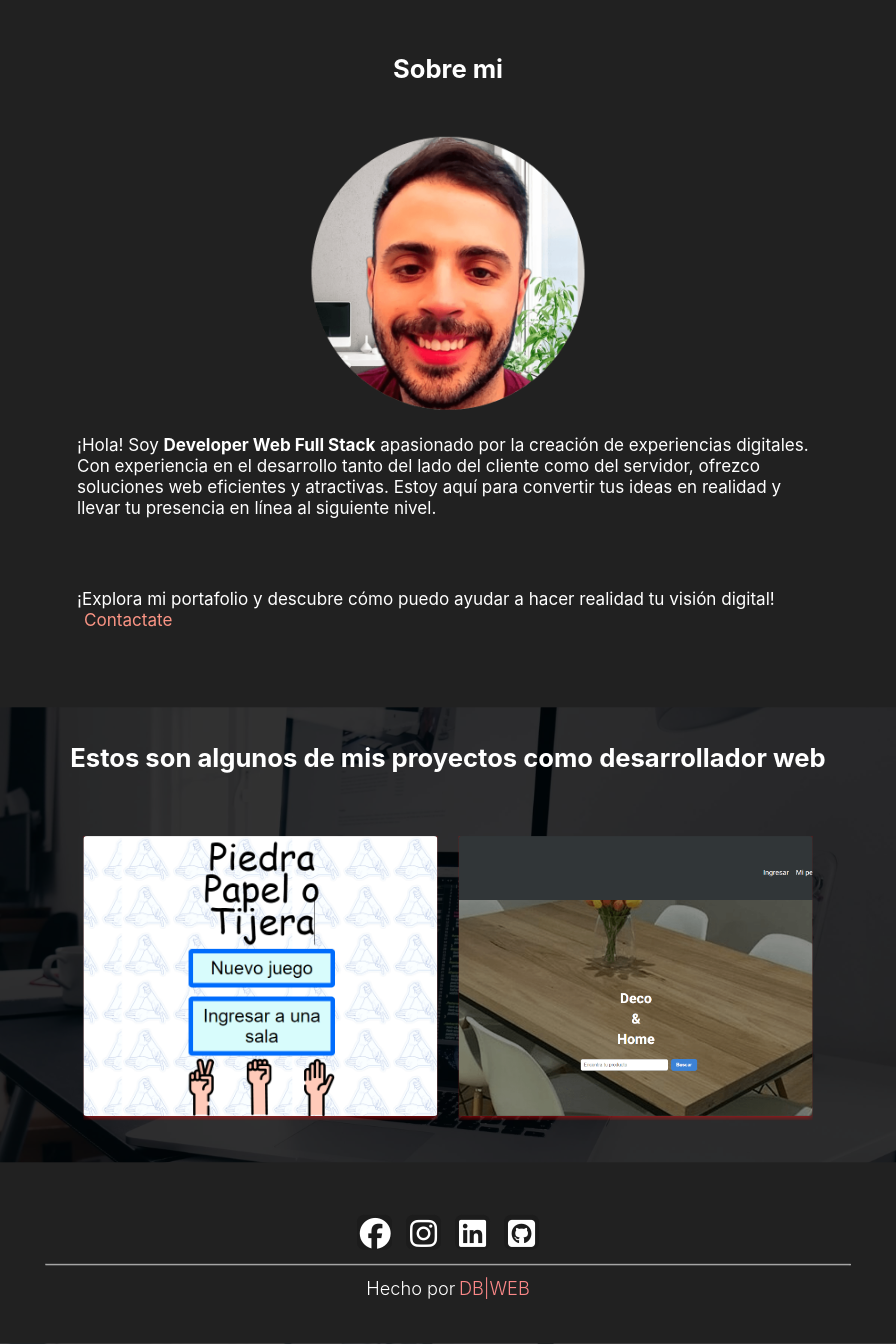
Repository: DamianBermudez94/DB-Porfolio
Page: /
These files come from the project's save history. The page is drawn as it stood at one moment and after the next save; the edit follows.
The browser window is 1280 px wide. The pictures show the part of the page from y = 778 to 2698 px (the page is 2698 px tall before and 2648 px after), at 70% of full size.
Backgrounds fixed to the window are drawn as part of the page. Some web libraries are served in a nearby version. The project was rebuilt for these pictures with package versions that can differ from the ones it lists, and the page was loaded fresh each time. Also part of the build but not shown: vite.config.js, src/components/Servicios/styles.css, src/components/Servicios/Service.jsx, src/pages/Servicios.jsx, src/components/Conocimientos/Conocimientos.jsx, src/pages/AcerdaDe.jsx, src/components/Contacto/Contact.jsx, src/pages/contacto.jsx and 2 more.

Above is the page before, as saved 2024-03-11 19:02:16.

### index.html
<!DOCTYPE html>
<html lang="en">
  <head>
    <meta charset="utf-8" />
    <link rel="icon" href="./public/image/IconoDB.png" />
    <link rel="apple-touch-icon" href="./public/image/IconoDB.png" />
    <meta name="viewport" content="width=device-width, initial-scale=1" />
    <link rel="manifest" href="./src/manifiesto.json">
    <meta name="theme-color" content="#000000" />
    <!--Estilos-->
    <script
      src="https://kit.fontawesome.com/bdbed0aafa.js"
      crossorigin="anonymous"
    ></script>
    <link rel="preconnect" href="https://fonts.gstatic.com" />
    <link rel="preconnect" href="https://fonts.gstatic.com" />
    <link rel="preconnect" href="https://fonts.gstatic.com" />
    <link rel="preconnect" href="https://fonts.gstatic.com" />
    <link
      href="https://fonts.googleapis.com/css2?family=Raleway:wght@200;300&family=Roboto:wght@100;300&display=swap"
      rel="stylesheet"
    />
    <meta name="author" content="Damián Bermúdez" />
    <meta name="description" content="Porfolio web - Damián Bermúdez" />

    <title>Damián Bermúdez - Developer</title>
  </head>
  <body>
    <div id="root"></div>
    <script type="module" src="/src/main.jsx"></script>
  </body>
</html>

### src/main.jsx
import ReactDOM from "react-dom/client";
import "./index.css";
import App from "./App";
import Modal from 'react-modal';
Modal.setAppElement('#root');
const root = ReactDOM.createRoot(document.getElementById("root"));
root.render(<App />);

### src/index.css
* {
  margin: 0;
  padding: 0;
  box-sizing: border-box;
}
body {
  font-family: -apple-system, BlinkMacSystemFont, "Segoe UI", "Roboto", "Oxygen",
    "Ubuntu", "Cantarell", "Fira Sans", "Droid Sans", "Helvetica Neue",
    sans-serif;
  -webkit-font-smoothing: antialiased;
  -moz-osx-font-smoothing: grayscale;
}

### src/App.jsx
import "./App.css";
import { MisRutas } from "./routers/MisRutas";

function App() {
  return (
    <div className="layout">
      <MisRutas />
    </div>
  );
}

export default App;

### src/App.css
.layout {
  margin: 0 auto;
  background-color: #282c34;
  font-size: calc(10px + 2vmin);
  color: white;
  background-image: url("/public/image/banner-parallax.jpg");
  background-size: cover;
  background-position: center;
  background-attachment: fixed;
}
.layout .container-rutas {
  background-color: rgba(0, 0, 0, 0.8);
  width: 100%;
  height: 100%;
  padding-top: 145px;
}

### src/routers/MisRutas.jsx
import { BrowserRouter, Routes, Route } from "react-router-dom";

import { Inicio } from "../pages/Inicio";
import { Servicios } from "../pages/Servicios";
import { AcerdaDe } from "../pages/AcerdaDe";
import { Contacto } from "../pages/contacto";
import { Proyectos } from "../pages/Proyecto";
import { Error } from "../components/Error";
import { NavHeader } from "../components/header/NavHeader";
import { Footer } from "../components/Footer/Footer";

export const MisRutas = () => {
  return (
    <div className="container-rutas">
      <BrowserRouter>
        {/*Header y navegacion*/}
        <NavHeader />
        {/*Contenido general*/}

        <Routes>
          <Route path="/" element={<Inicio />} />
          <Route path="/inicio" element={<Inicio />} />
          <Route path="/servicios" element={<Servicios />} />
          <Route path="/conocimientos" element={<AcerdaDe />} />
          <Route path="/contacto" element={<Contacto />} />
          <Route path="/proyecto" element={<Proyectos />} />
          <Route path="*" element={<Error />} />
        </Routes>

        {/* Footer*/}
        <Footer />
      </BrowserRouter>
    </div>
  );
};

### src/pages/Inicio.jsx

import { Home } from "../components/Home/Home";
export const Inicio = () => {
  return (
  <div><Home/> </div>
  );
};

### src/components/header/NavHeader.jsx
import { useState, useEffect } from "react";
import { NavLink } from "react-router-dom";
import "./NavHeader.css";
import BurguerButton from "./burgerButton";

export const NavHeader = () => {
  const [clicked, setClicked] = useState(false);
  const [scrolled, setScrolled] = useState(false);
  const handleClick = () => {
    //cuando esta true lo pasa a false y vice versa
    setClicked(!clicked);
  };
  useEffect(() => {
    const handleScroll = () => {
      if (window.scrollY > 50) {
        setScrolled(true);
      } else {
        setScrolled(false);
      }
    };

    window.addEventListener("scroll", handleScroll);

    // Limpiar el event listener en el desmontaje del componente
    return () => {
      window.removeEventListener("scroll", handleScroll);
    };
  }, []);

  return (
    <header className={`header ${scrolled ? "scrolled" : ""}`}>
      <div className="nav-content">
        <div className="logo">
          <NavLink to="/inicio">
            <img
              src={"/image/Logo-DB.png"}
              alt="Damian Bermudez desarrollador web"
            ></img>
          </NavLink>
        </div>

        <BurguerButton
          className="btn-menu"
          clicked={clicked}
          handleClick={handleClick}
        />
        <nav className={`links ${clicked ? "active" : ""}`}>
          <ul>
            <li>
              <NavLink
                to="/inicio"
                onClick={handleClick}
                className={({ isActive }) => (isActive ? "active" : "")}
              >
                Inicio
              </NavLink>
            </li>
            <li>
              <NavLink
                to="/proyecto"
                onClick={handleClick}
                className={({ isActive }) => (isActive ? "active" : "")}
              >
                proyectos
              </NavLink>
            </li>
            <li>
              <NavLink
                to="/servicios"
                onClick={handleClick}
                className={({ isActive }) => (isActive ? "active" : "")}
              >
                servicios
              </NavLink>
            </li>
            <li>
              <NavLink
                to="/conocimientos"
                onClick={handleClick}
                className={({ isActive }) => (isActive ? "active" : "")}
              >
                conocimientos
              </NavLink>
            </li>
            <li>
              <NavLink
                to="/contacto"
                onClick={handleClick}
                className={({ isActive }) => (isActive ? "active" : "")}
              >
                contacto
              </NavLink>
            </li>
          </ul>
        </nav>
      </div>
    </header>
  );
};

### src/components/Footer/Footer.jsx

import './Footer.css'
export const Footer = () => {
  return (
    <footer className="footer">
      <div className="contenedor-footer container">
          <div className="footer-redes__sociales">
              <a href="https://www.facebook.com" className="link-redes_sociales" ><i className="fab fa-facebook facebook"></i></a>
              <a href="https://www.instagram.com" className="link-redes_sociales" ><i className="fab fa-instagram instagran"></i></a>
              <a href="https://www.linkedin.com" className="link-redes_sociales" ><i className="fab fa-linkedin linkedin"></i></a>
              <a href="https:/www.github.com" className="link-redes_sociales" ><i className="fab fa-github-square github"></i></a>
          </div>
          <hr className='footer-linea' />
          <div className="footer-text">
              <p className="title-copy">Hecho por<a className="title-footer" href="https://damianbermudezdev.es/">DB|WEB</a></p>
          </div>
      </div>
    </footer>
  )
}

### src/components/Home/Home.jsx
import { NavLink } from "react-router-dom";
import { ListadoTrabajos } from "../Proyectos/ListaTrabajos";
import "./styles.css";
export const Home = () => {
  return (
    <section className="home">
      <div className="home-welcome">
        <div className="container-home">
          <h1 className="title-welcome" style={{ "--duration": "1s" }}>
            <span style={{ "--delay": " .5s" }}>Hola! Mi nombre es,</span>
            <span className="title-custom" style={{ "--delay": ".6s" }}>
              Damián Bermúdez.
            </span>
            <span className="parrafo-welcome" style={{ "--duration": "1s" }}>
              <span style={{ "--delay": " .7s" }}>
                Developer web full stack.
              </span>
            </span>
          </h1>

          <div className="container-redes_inicio">
            <NavLink
              to="https://www.linkedin.com/in/damian-bermudez-4a4a33204/"
              className="link-redes_sociales"
              target="_blank"
            >
              <i className="fab fa-linkedin linkedin"></i>
            </NavLink>
            <NavLink
              to="https://github.com/DamianBermudez94"
              className="link-redes_sociales"
              target="_blank"
            >
              <i className="fab fa-github-square github"></i>
            </NavLink>
            <a
              className="btn-cv"
              href="./cv-pdf/CVDamianBermudez2023_1_ (1).pdf"
              download="CV-damian-bermudez.pdf"
            >
              Descargar mi CV
            </a>
          </div>
        </div>
      </div>
      <section className="section-me">
        <h2>Sobre mi</h2>
        <div className="container-me" data-animation="diagonal">
          <img
            src={"/image/profile-damianbermudez.png"}
            alt="Damian Bermudez desarrollador web"
          ></img>
          <p>
            ¡Hola! Soy <strong>Developer Web Full Stack</strong> apasionado por
            la creación de experiencias digitales. Con experiencia en el
            desarrollo tanto del lado del cliente como del servidor, ofrezco
            soluciones web eficientes y atractivas. Estoy aquí para convertir
            tus ideas en realidad y llevar tu presencia en línea al siguiente
            nivel.
          </p>
        </div>
        <div className="container-inicio_contacto" data-animation="diagonal">
          <p className="parrafo-contacto">
            ¡Explora mi portafolio y descubre cómo puedo ayudar a hacer realidad
            tu visión digital!{" "}
            <NavLink className="enlace-contacto" to="/contacto">
              Contactate
              <span className="border border-top"></span>
              <span className="border border-right"></span>
              <span className="border border-bottom"></span>
              <span className="border border-left"></span>
            </NavLink>
          </p>
        </div>
      </section>
      <section className="content-proyectos__inicio">
        <h2>Estos son algunos de mis proyectos como desarrollador web</h2>
        <ListadoTrabajos limite="2" />
      </section>
    </section>
  );
};

### src/components/header/NavHeader.css
.header {
  height: 80px;

  max-width: 1200px;
  display: flex;
  justify-content: center;
  align-items: center;
  padding: 10px;
  position: fixed;
  top: 0;
  right: 0;
  left: 0;
  z-index: 1000;
  padding: 10px 20px;
  margin: 0 auto;
  transition: background-color 0.5s ease;
}

/* Cambiar el fondo al hacer scroll */
.header.scrolled {
  background-color: rgba(83, 83, 83, 0.9);
  border-radius: 10px;
  width: 80%;
  display: flex;
  justify-content: center;
  align-items: center;
  position: fixed;

  margin: 0 auto;
}

.nav-content {
  width: 90%;
  height: 80px;

  margin: 0 auto;
  display: flex;
  justify-content: space-around;
  padding: 5px;
  align-items: center;
}
.header .logo img {
  width: 150px;
  height: 100px;
  object-fit: cover;
}

.header nav ul {
  display: flex;
  justify-content: center;
  align-items: center;
  list-style: none;
}
.header li {
  text-decoration: none;
  text-transform: uppercase;
  font-size: 17px;
  font-weight: bold;
  margin: 15px;
}
.header li a {
  text-decoration: none;
  transition: all 300ms;
  color: #f1f1f1;
}
.header .active,
.header a:hover {
  color: rgb(255, 80, 80);
}

.header .btn-menu {
  display: none;
}
@media screen and (max-width: 860px) {
  .header {
    overflow: hidden;
  }

  .header .logo img {
    width: 200px;
  }
  .header nav {
    position: fixed;
    top: 70px;
    left: -140%;
    width: 80%;
    height: calc(100vh - 60px);
    background-color: #fff;
    z-index: 9;
  }
  .links.active {
    width: 100%;
    height: 100vh;
    display: block;
    top: 150px;
    left: 0;
    right: 0;
    margin-left: auto;
    margin-right: auto;
    text-align: center;
    opacity: 1;
    background: rgba(255, 255, 255, 0);
    backdrop-filter: blur(19px);
  }
  .links.close {
    display: none;
  }
  nav ul {
    margin: 0 auto;
    flex-direction: column;
    border-top: 5px solid rgb(255, 1, 1);
    padding: 5px;
  }

  nav ul li {
    width: 100%;
    margin: 10px auto;
    border-bottom: 1px solid rgb(255, 1, 1);
  }
  nav ul li a {
    background: none;
    color: rgb(255, 1, 1);
  }
  body.dark nav ul li a {
    color: #f1f1f1;
  }
  nav ul li a.active {
    background: none;
    color: rgb(0, 0, 0);
  }
  body.dark nav ul li a.active {
    color: rgb(255, 1, 1);
  }
  nav ul li a.active:hover {
    background: none;
    color: rgb(0, 0, 0);
  }
}

### src/components/header/burgerButton.jsx
/* eslint-disable react/prop-types */

import styled from "styled-components";

function BurguerButton(props) {
  return (
    <Burguer>
      <div
        onClick={props.handleClick}
        className={`btn-menu nav-icon-5 ${props.clicked ? "open" : ""}`}
      >
        <span></span>
        <span></span>
        <span></span>
      </div>
    </Burguer>
  );
}

export default BurguerButton;

const Burguer = styled.div`
  /* nav-icon-5 */
  .nav-icon-5 {
    width: 35px;
    height: 30px;
    position: relative;
    cursor: pointer;
    display: flex;
    margin: 25px 50px;
  }
  .nav-icon-5 span {
    background-color: #fff;
    position: absolute;
    border-radius: 2px;
    transition: 0.3s cubic-bezier(0.8, 0.5, 0.2, 1.4);
    width: 100%;
    height: 4px;
    transition-duration: 500ms;
  }
  .nav-icon-5 span:nth-child(1) {
    top: 0px;
    left: 0px;
  }
  .nav-icon-5 span:nth-child(2) {
    top: 13px;
    left: 0px;
    opacity: 1;
  }
  .nav-icon-5 span:nth-child(3) {
    bottom: 0px;
    left: 0px;
  }
  .nav-icon-5:not(.open):hover span:nth-child(1) {
    transform: rotate(-3deg) scaleY(1.1);
  }
  .nav-icon-5:not(.open):hover span:nth-child(2) {
    transform: rotate(3deg) scaleY(1.1);
  }
  .nav-icon-5:not(.open):hover span:nth-child(3) {
    transform: rotate(-4deg) scaleY(1.1);
  }
  .nav-icon-5.open span:nth-child(1) {
    transform: rotate(45deg);
    top: 13px;
  }
  .nav-icon-5.open span:nth-child(2) {
    opacity: 0;
  }
  .nav-icon-5.open span:nth-child(3) {
    transform: rotate(-45deg);
    top: 13px;
  }
  @media screen and (min-width: 860px) {
    .btn-menu {
      display: none;
    }
  }
`;

### src/components/Footer/Footer.css
.footer {
  min-height: 120px;
  line-height: 7px;
  text-align: center;
  font-size: 22px;
  padding: 45px;
  background-color: #212121;
}

.contenedor-footer {
  display: flex;
  flex-direction: column;
  justify-content: center;
  align-content: center;
  margin: 0 auto;
  padding: 20px;
}
.footer-text {
  display: flex;
  justify-content: center;
  align-items: center;
  padding: 10px;
  margin-top: 20px;
}
.title-copy {
  text-align: center;
  font-size: 26px;
  font-weight: 300;
}
.title-footer {
  text-decoration: none;
  color: rgb(252, 136, 136);
  margin-left: 5px;
}
.footer-linea{
  height: 1px;
  width: 100%;

}
body.dark .title-copy {
  color: #f1f1f1;
}

.footer-redes__sociales {
  display: flex;
  justify-content: center;
  align-items: center;
  text-align: center;
  margin-bottom: 10px;
}
.link-redes_sociales {
  text-decoration: none;
  width: 50px;
  height: 50px;
  margin: 10px;
  color: rgb(255, 255, 255);
  background-color: rgb(28, 28, 28);
  border-radius: 10px;
  text-align: center;
  position: relative;
  transition: transform 0.4s;
  font-size: 26px;
  padding: 4px;
}
.link-redes_sociales:hover {
  transform: rotate(45deg);
}
.link-redes_sociales::before {
  content: "";
  position: absolute;
  width: 100%;
  height: 100%;
  opacity: 0;
  background-color: #373737;
  border-radius: 10px;
  transition: opacity 0.2s;
}
.link-redes_sociales:hover::before {
  opacity: 0.4;
}
.link-redes_sociales:nth-child(1)::before {
  background-color: rgb(255, 80, 80);
}
.link-redes_sociales:nth-child(2)::before {
  background-color: rgb(255, 80, 80);
}
.link-redes_sociales:nth-child(3)::before {
  background-color: rgb(255, 80, 80);
}
.link-redes_sociales:nth-child(4)::before {
  background-color: rgb(255, 80, 80);
}

.link-redes_sociales:hover::before {
  transform: translate(-4px, -4px);
  filter: blur(10px);
}

.link-redes_sociales i {
  font-size: 1.7em;
  transition: all 0.4s;
}
.link-redes_sociales:hover i {
  color: #f1f1f1;
  transform: rotate(-45deg);
}

body.dark .redes-sociales i {
  color: #f1f1f1;
}

### src/components/Proyectos/styles.css
/**--Estilos seccion Proyectos--**/

.section-proyectos {
  width: 90%;
  max-width: 1600px;
  display: grid;
  grid-template-columns: repeat(2, 1fr);
  grid-gap: 30px;

  padding: 10px;
  margin: 0 auto;
}
.title-proyectos {
  font-size: 55px;
  margin: auto;
  text-align: center;
  padding: 25px;
}
.card-proyectos {
  display: flex;
  align-items: center;
  flex-direction: column;
  overflow: hidden;
}
.content-proyectos__img img {
  object-fit: cover;
  border-radius: 5px;
  width: 100%;
  height: 400px;
  overflow: hidden;
  box-shadow: 0 0 10px rgba(247, 10, 10, 0.9);
  cursor: pointer;
}

.card-proyectos span {
  display: block;
  color: white;
  font-size: 18px;
  margin-top: 35px;
}
.card-proyectos h2 {
  display: block;
  color: white;
  margin-top: 5px;
  font-size: 25px;
}
.card-proyectos a {
  color: white;
  text-decoration: none;
  transition: none;
  text-align: center;
}

.content-proyectos__enlace {
  width: 100%;
  display: flex;
  justify-content: center;
  align-items: center;
  padding: 20px;
  margin: 0 auto;
}

.proyectos-enlace {
  width: 40%;
  max-width: 200px;
  text-decoration: none;
  display: flex;
  align-items: center;
  justify-content: center;
  margin: 0 auto;
  font-size: 18px;
  cursor: pointer;
  text-transform: uppercase;
  letter-spacing: 2px;
  color: rgb(255, 0, 0);
  background-color: transparent;
  outline: 2px solid rgb(255, 80, 80);
  border: none;
  border-radius: 8px;
  padding: 10px 20px;
  position: relative;

  overflow: hidden;
  transition: color 1s;
}

.proyectos-enlace:hover {
  color: #000000;
  z-index: 1;
}

.proyectos-enlace::before {
  content: "";
  position: absolute;
  top: 0;
  left: -50px;
  width: 150%;
  height: 100%;
  background-color: rgba(255, 85, 85, 0.5);
  border: none;
  outline: 3px solid rgb(0, 0, 0);
  transform: scaleX(0) skewX(35deg);
  transform-origin: left;
  z-index: -1;
  transition: transform 1s;
}

.proyectos-enlace:hover::before {
  transform: scaleX(1) skewX(35deg);
}

/* Modal personalizado */
.mi-modal {
  width: 600px;

  height: 500px;
  display: flex;
  justify-content: space-between;
  align-items: center;
  background-color: rgba(0, 0, 0, 0.336);
  border-radius: 5px;
  padding: 20px;
  box-shadow: 0 0 10px rgba(247, 10, 10, 0.9);
}
.container-modal{
  display: flex;
  justify-content: space-around;
  padding: 10px;
  flex-direction: column;

}
/* Overlay personalizado */
.mi-modal-overlay {
  color: #fff;
  position: fixed; /* Asegura que el overlay cubra toda la pantalla */
  top: 0;
  left: 0;
  right: 0;
  bottom: 0;
  background-color: rgba(0, 0, 0, 0.281); /* Color de fondo oscuro con opacidad */
  z-index:  1000;
  margin: 0 auto;

}

@media (max-width: 1120px) {
  .section-proyectos {
    display: grid;
    grid-template-columns: repeat(2, 1fr);

    grid-gap: 10px;
  }
}
@media (max-width: 760px) {
  .section-proyectos {
    display: grid;
    grid-template-columns: repeat(1, 1fr);
    grid-gap: 10px;
  }
  .mi-modal {
    width: 400px;

    height: 500px;
    display: flex;
    justify-content: space-between;
    align-items: center;
    background-color: rgba(0, 0, 0, 0.336);
    border-radius: 5px;
    padding: 20px;
    box-shadow: 0 0 10px rgba(247, 10, 10, 0.9);
  }
}
@media (max-width: 480px) {

  .mi-modal {
    width: 300px;


  }
}

Loaded but not shown: src/data/trabajos.js (48 lines, source omitted); src/components/Contacto/styles.css (267 lines, source omitted); src/components/Home/styles.css (238 lines, source omitted); src/components/Proyectos/ListaTrabajos.jsx (102 lines, source omitted); src/components/Conocimientos/styles.css (147 lines, source omitted)

After the next save:
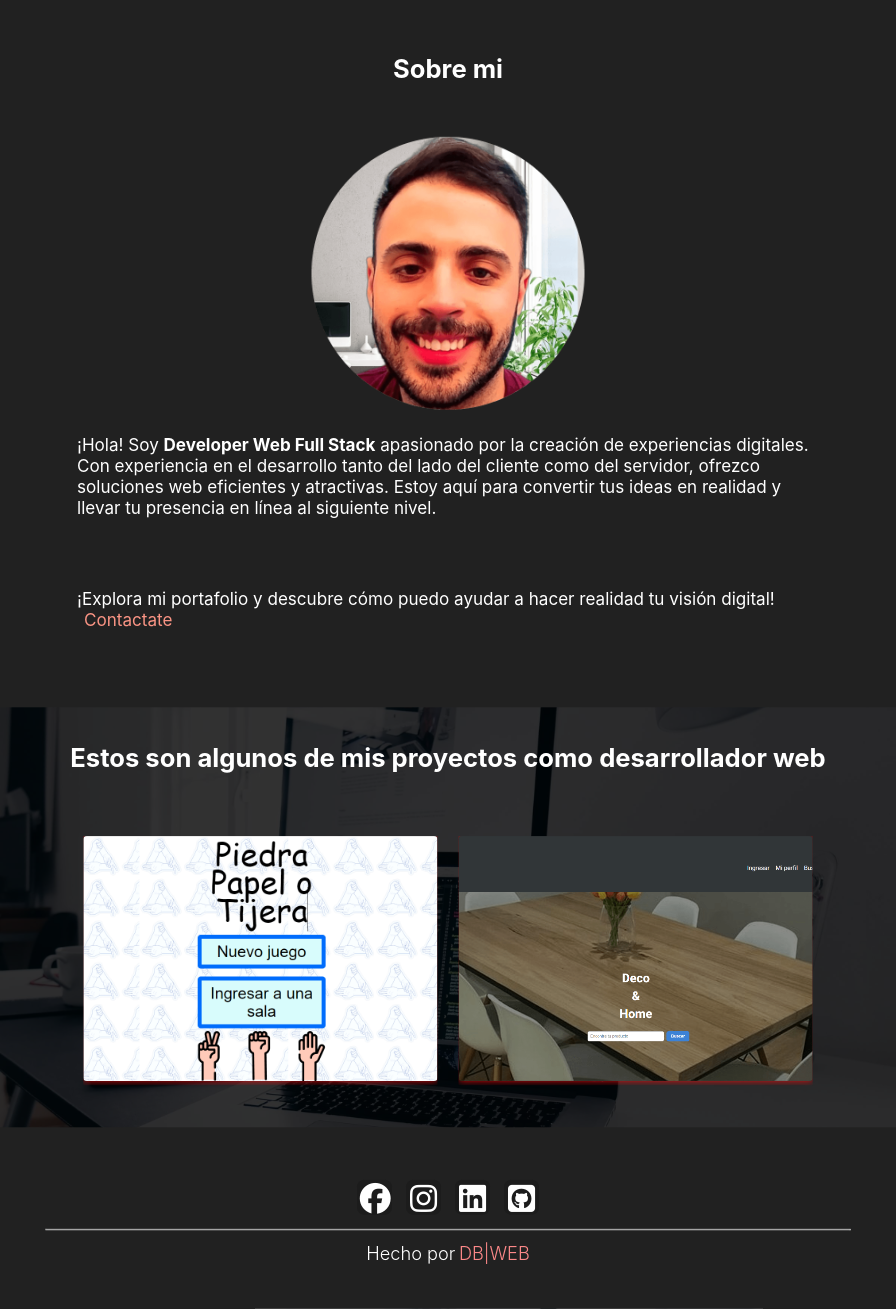
Saved 8 s later.
--- a/src/components/Proyectos/styles.css
+++ b/src/components/Proyectos/styles.css
@@ -26,7 +26,7 @@
   object-fit: cover;
   border-radius: 5px;
   width: 100%;
-  height: 400px;
+  height: 350px;
   overflow: hidden;
   box-shadow: 0 0 10px rgba(247, 10, 10, 0.9);
   cursor: pointer;
